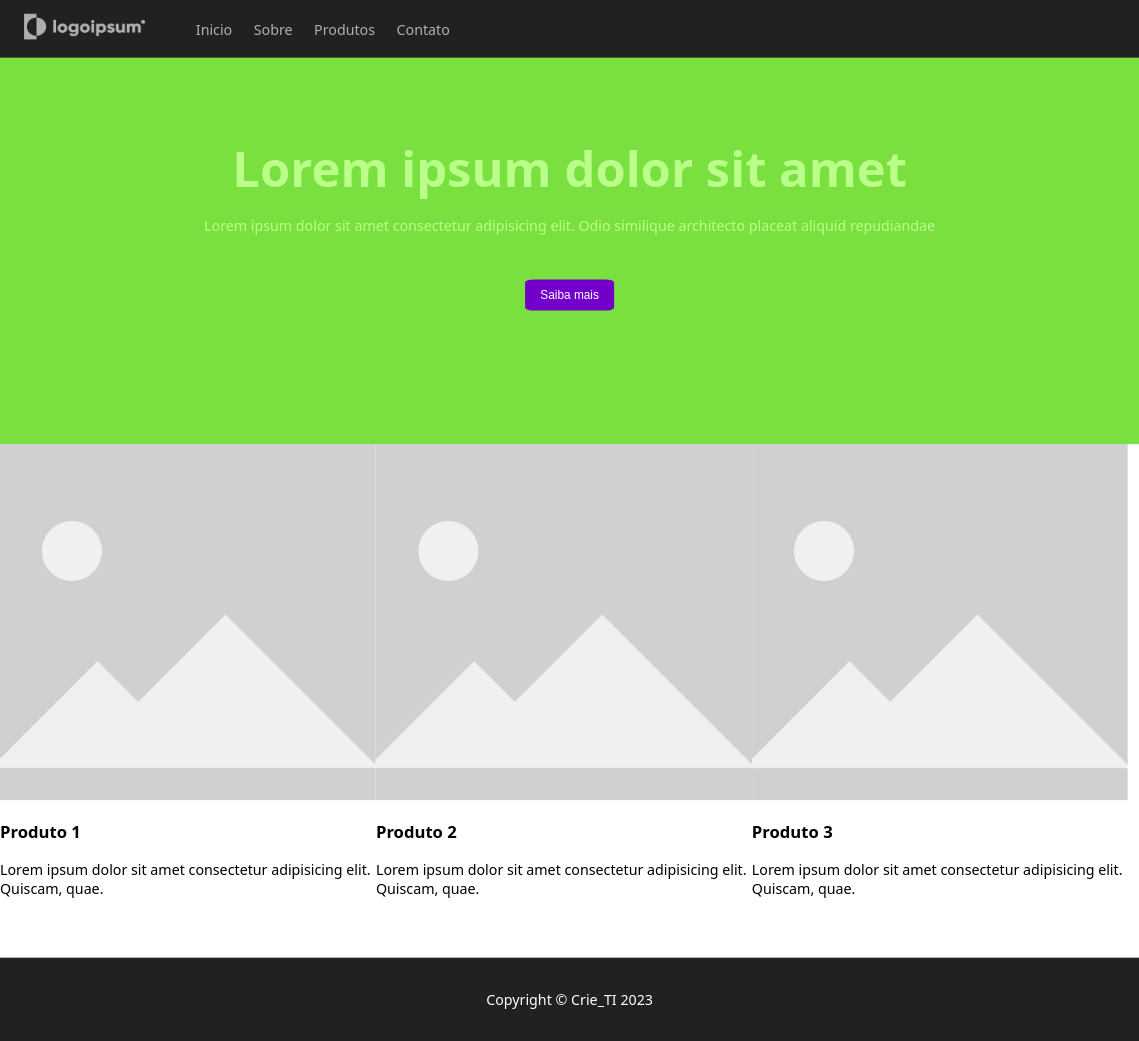
Repository: Carolden/SiteCrie_Ti
Page: index.html
These files come from the project's save history. The page is drawn as it stood at one moment and after the next save; the edit follows.
The browser window is 1280 px wide. The pictures show the whole page, at 89% of full size.

Above is the page before, as saved 2023-04-23 22:18:31.

After the next save:
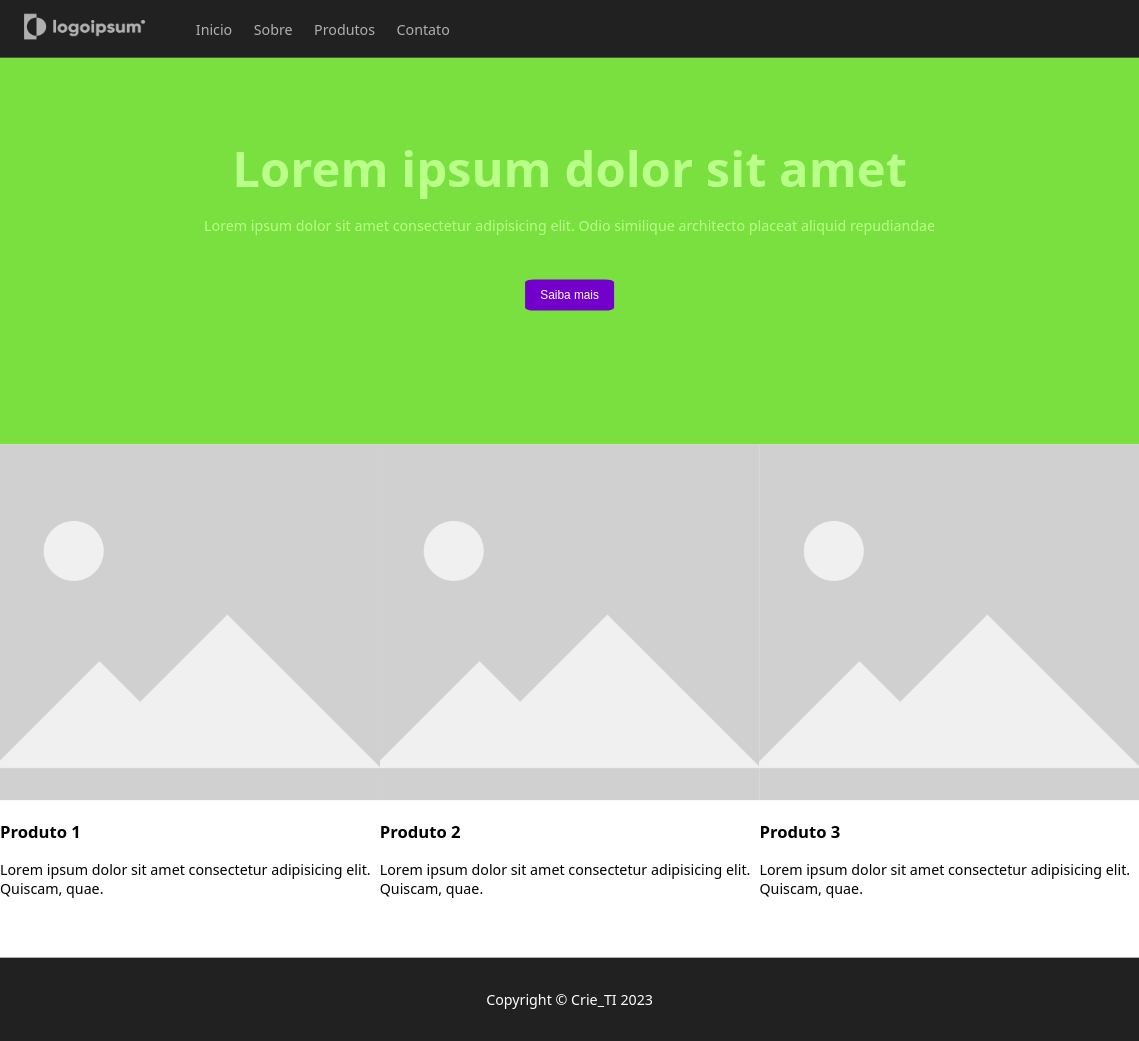
Saved 7 s later.
--- a/index.css
+++ b/index.css
@@ -75,7 +75,7 @@
 
 /* cada coluna ocupa 50% da página */
 .column {
-    width: 33%;
+    /* width: 33%; */
 
 }
 

After the save that followed:
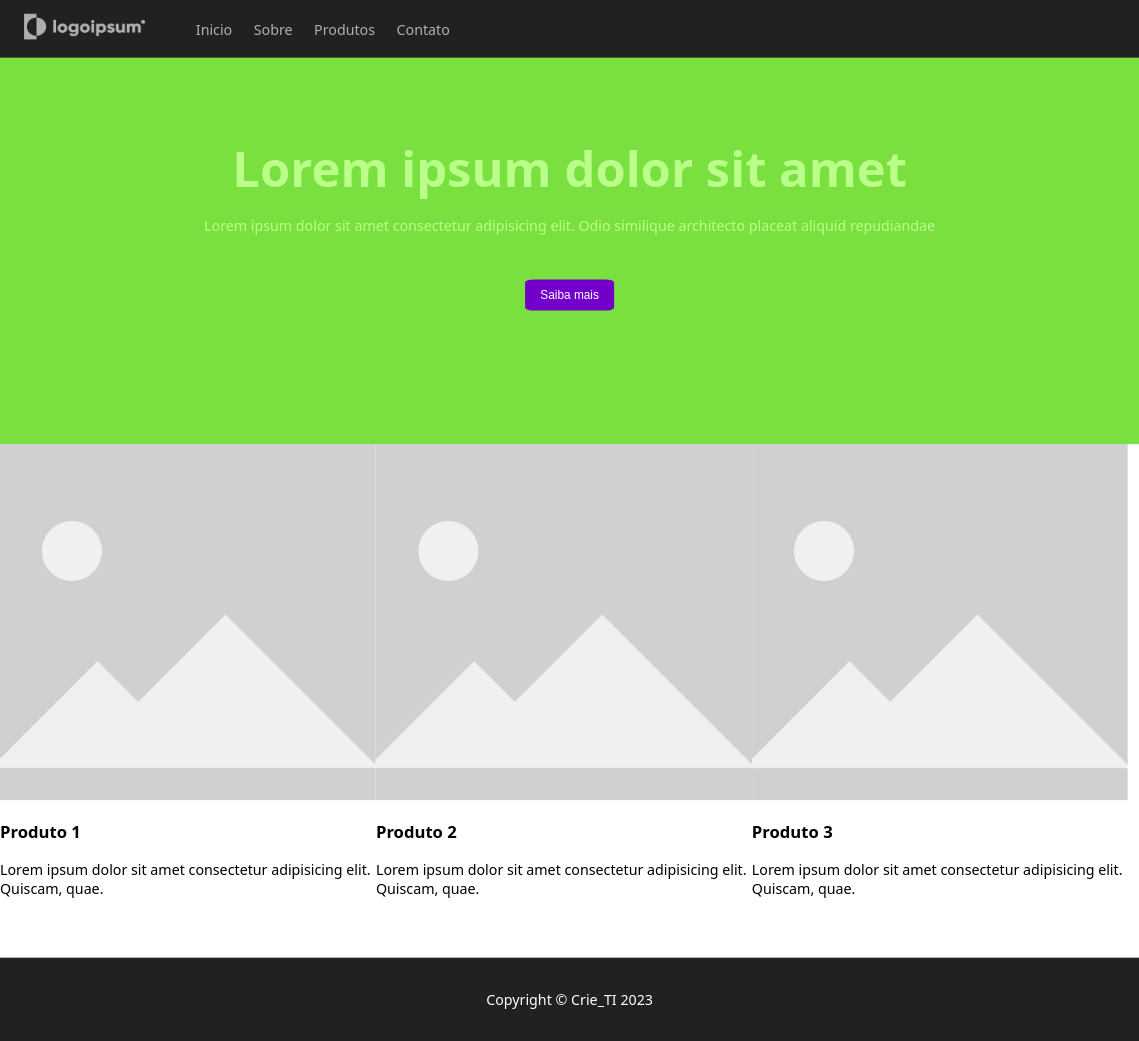
Saved 10 s later.
--- a/index.css
+++ b/index.css
@@ -75,7 +75,7 @@
 
 /* cada coluna ocupa 50% da página */
 .column {
-    /* width: 33%; */
+    width: 33%;
 
 }
 
